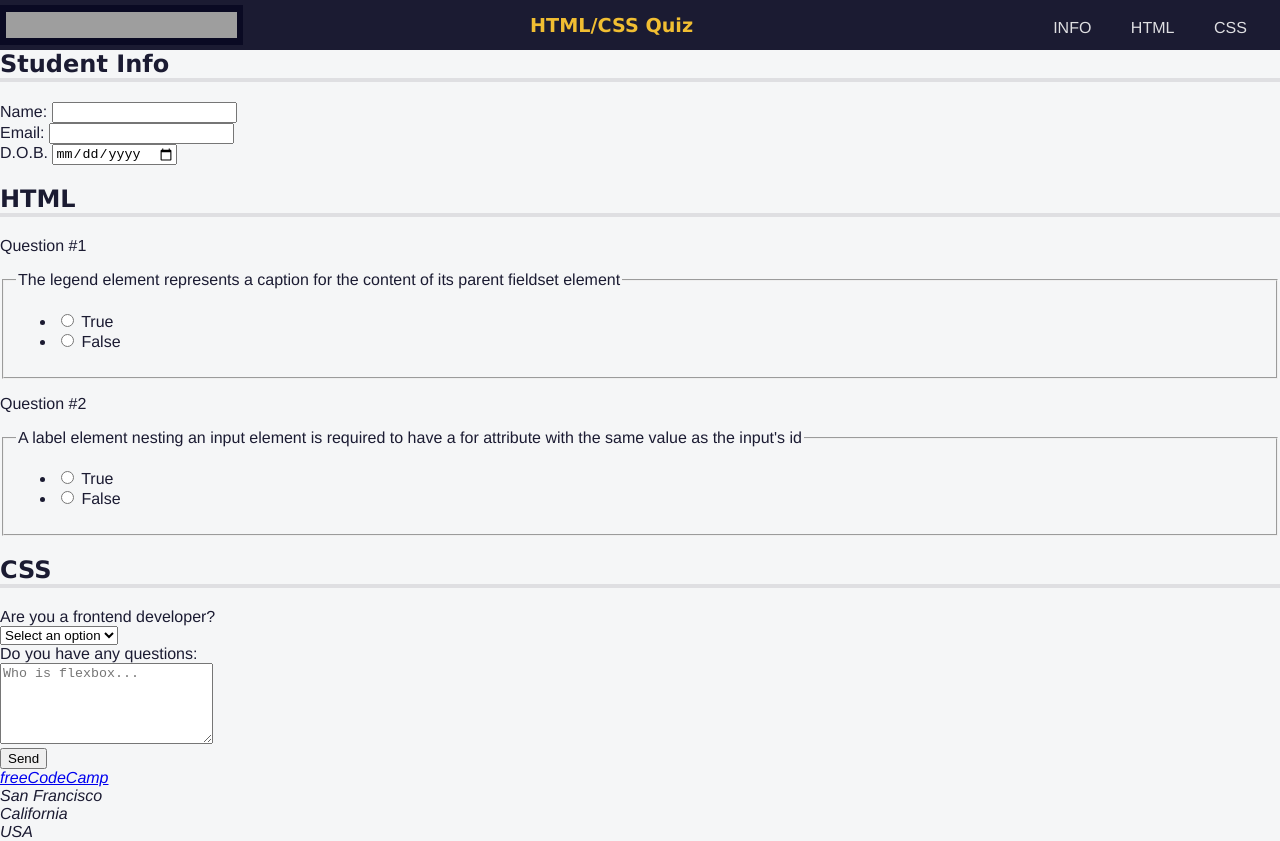
Repository: cipdanila/freeCodeCamp
Page: Quiz/index.html
These files come from the project's save history. The page is drawn as it stood at one moment and after the next save; the edit follows.
The browser window is 1280 px wide. The pictures show the whole page.
Pictures or frames that could not be fetched are drawn as grey boxes.

Above is the page before, as saved 2023-10-18 19:21:04.

After the next save:
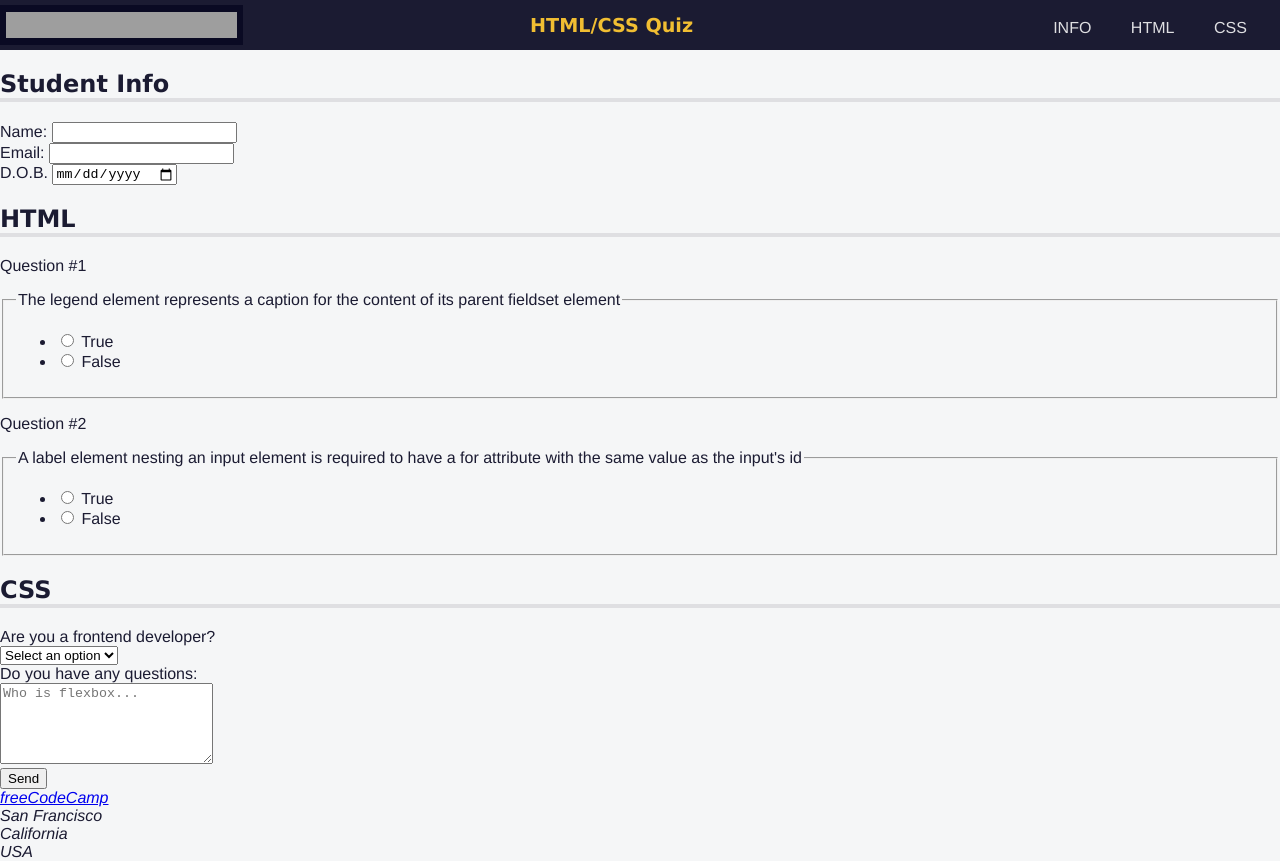
Saved 40 s later.
--- a/Quiz/styles.css
+++ b/Quiz/styles.css
@@ -30,7 +30,7 @@
 }
 
 main {
-    padding-top: 30px ;
+    padding-top: 50px ;
 }
 
 nav {
